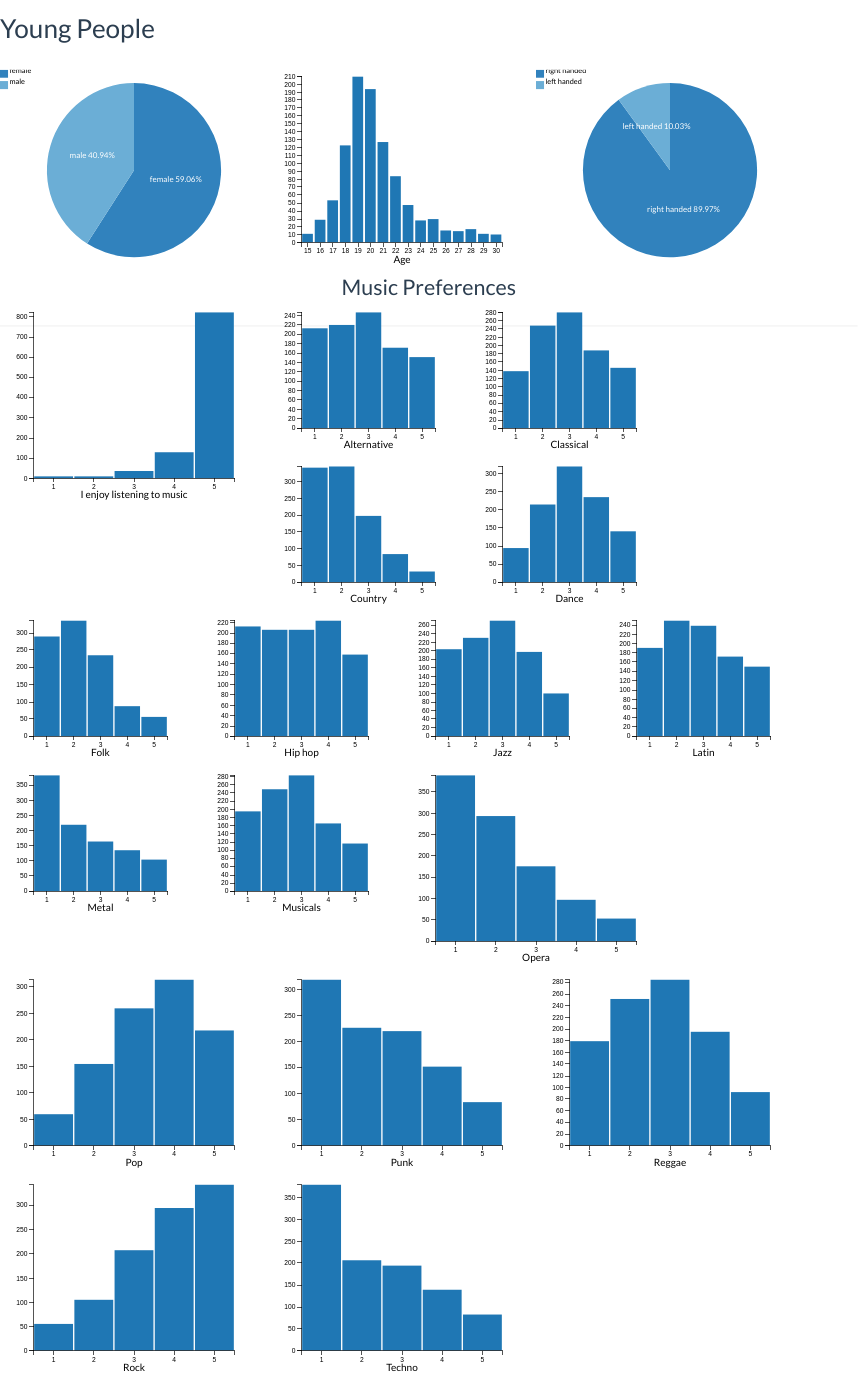
Repository: BrendanMolloy/milestone2
Page: index.html
The author's editor kept a record of every edit. The page is drawn from the files as they stood at one moment, then again after the next edit.
The browser window is 1280 px wide. The pictures show the whole page, at 67% of full size.

Above is the page before.

### index.html
<!DOCTYPE html>
<html lang="en">
<head>
    <meta charset="UTF-8">
    <meta name="viewport" content="width=device-width, initial-scale=1.0">
    <meta http-equiv="X-UA-Compatible" content="ie=edge">
    <title>Young People</title>

    <link rel="stylesheet" href="css/bootstrap.min.css" type="text/css" />
    <link rel="stylesheet" href="css/dc.min.css" type="text/css" />
    <link rel="stylesheet" href="css/style.css" type="text/css" />

    <script type="text/javascript" src="js/d3.min.js"></script>
    <script type="text/javascript" src="js/crossfilter.min.js"></script>
    <script type="text/javascript" src="js/dc.min.js"></script>
    <script type="text/javascript" src="js/queue.min.js"></script>
    <script type="text/javascript" src="js/graph.js"></script>
</head>
<body>
    <!-- navbar -->

    <!-- title and filters/demographics -->
    <h1>Young People</h1>
    <section class="section">
    <div id="gender-balance"></div>
    <div id="age"></div>
    <div id="handedness"></div>
    <div id="urban-rural"></div>


    <!-- music -->
    <div id="music">
        <h2>Music Preferences</h2>
        <div id="music-enjoyment"></div>
        <div id="alternative"></div>
        <div id="classical"></div>
        <div id="country"></div>
        <div id="dance"></div>
        <div id="folk"></div>
        <div id="hiphop"></div>
        <div id="jazz"></div>
        <div id="latin"></div>
        <div id="metal"></div>
        <div id="musicals"></div>
        <div id="opera"></div>
        <div id="pop"></div>
        <div id="punk"></div>
        <div id="reggae"></div>
        <div id="rock"></div>
        <div id="techno"></div>
    </div>

    <!-- movies -->

    <!-- interests -->

    <!-- fears -->

    <!-- health -->

    <!-- spending -->

</body>
</html>

### css/style.css
.section {
	text-align: center;
	border-bottom: 1px solid #e6e6e6;
	padding: 30px 0;
}

### js/graph.js
/* global queue */
/* global d3 */
/* global crossfilter */
/* global dc */

queue()
    .defer(d3.csv, "data/young-people.csv")
    .await(makeGraphs);

function makeGraphs(error, ypData){
    var ndx = crossfilter(ypData);

    // demographics //
    show_gender_balance(ndx);
    show_age_range(ndx);
    show_handedness(ndx);
    show_city_village(ndx);

    // music //
    show_enjoyment(ndx);
    show_alternative(ndx);
    show_classical(ndx);
    show_country(ndx);
    show_dance(ndx);
    show_folk(ndx);
    show_hiphop(ndx);
    show_jazz(ndx);
    show_latin(ndx);
    show_metal(ndx);
    show_musicals(ndx);
    show_opera(ndx);
    show_pop(ndx);
    show_punk(ndx);
    show_reggae(ndx);
    show_rock(ndx);
    show_techno(ndx);

    dc.renderAll();
}

function remove_empty_bins(source_group) { //eliminates empty or null values from the dataset, so graphs can render unimpeded//
    return {
        all:function () {
            return source_group.all().filter(function(d) {
                //return Math.abs(d.value) > 0.00001; // if using floating-point numbers
                return d.key !== ""; // if integers only
            });
        }
    };
}

//---------------------- Demographics Graphs ---------------------------------//

function show_gender_balance(ndx){
    var dim = ndx.dimension(dc.pluck('Gender'));
    var group = dim.group();
    var filtered_group = remove_empty_bins(group)

    dc.pieChart("#gender-balance")
        .width(400)
        .height(300)
        .externalRadiusPadding(20)
        .innerRadius(0)
        .dimension(dim)
        .group(filtered_group)
        .legend(dc.legend())
        .on('pretransition', function(chart) {
        chart.selectAll('text.pie-slice').text(function(d) {
            return d.data.key + ' ' + dc.utils.printSingleValue((d.endAngle - d.startAngle) / (2*Math.PI) * 100) + '%';
        })
    })
}

function show_age_range(ndx){
    var dim = ndx.dimension(dc.pluck('Age'));
    var group = dim.group();
    var filtered_group = remove_empty_bins(group)

    dc.barChart("#age")
        .width(400)
        .height(300)
        .margins({top:10, right:50, bottom:30, left:50})
        .dimension(dim)
        .group(filtered_group)
        .transitionDuration(500)
        .x(d3.scale.ordinal())
        .xUnits(dc.units.ordinal)
        .elasticY(true)
        .xAxisLabel("Age")
        .yAxis().ticks(20);
}

function show_handedness(ndx){
    var dim = ndx.dimension(dc.pluck('Left - right handed'));
    var group = dim.group();
    var filtered_group = remove_empty_bins(group)

    dc.pieChart("#handedness")
        .width(400)
        .height(300)
        .externalRadiusPadding(20)
        .innerRadius(0)
        .dimension(dim)
        .group(filtered_group)
        .legend(dc.legend())
        .on('pretransition', function(chart) {
        chart.selectAll('text.pie-slice').text(function(d) {
            return d.data.key + ' ' + dc.utils.printSingleValue((d.endAngle - d.startAngle) / (2*Math.PI) * 100) + '%';
        })
    })
}

function show_city_village(ndx){
    var dim = ndx.dimension(dc.pluck('Village - town'));
    var group = dim.group();
    var filtered_group = remove_empty_bins(group)

    dc.pieChart("#city-village")
        .width(400)
        .height(300)
        .externalRadiusPadding(20)
        .innerRadius(0)
        .dimension(dim)
        .group(filtered_group)
        .legend(dc.legend())
        .on('pretransition', function(chart) {
        chart.selectAll('text.pie-slice').text(function(d) {
            return d.data.key + ' ' + dc.utils.printSingleValue((d.endAngle - d.startAngle) / (2*Math.PI) * 100) + '%';
        })
    })
}

//---------------------------- Music Graphs ----------------------------------//

function show_enjoyment(ndx){
    var dim = ndx.dimension(dc.pluck('Music'));
    var group = dim.group();
    var filtered_group = remove_empty_bins(group)

    dc.barChart("#music-enjoyment")
        .width(400)
        .height(300)
        .margins({top:10, right:50, bottom:30, left:50})
        .dimension(dim)
        .group(filtered_group)
        .transitionDuration(500)
        .x(d3.scale.ordinal())
        .xUnits(dc.units.ordinal)
        .elasticY(true)
        .xAxisLabel("I enjoy listening to music")
        .yAxis().ticks(10);
}

function show_alternative(ndx){
    var dim = ndx.dimension(dc.pluck('Alternative'));
    var group = dim.group();
    var filtered_group = remove_empty_bins(group)

    dc.barChart("#alternative")
        .width(300)
        .height(225)
        .margins({top:10, right:50, bottom:30, left:50})
        .dimension(dim)
        .group(filtered_group)
        .transitionDuration(500)
        .x(d3.scale.ordinal())
        .xUnits(dc.units.ordinal)
        .elasticY(true)
        .xAxisLabel("Alternative")
        .yAxis().ticks(10);
}

function show_classical(ndx){
    var dim = ndx.dimension(dc.pluck('Classical music'));
    var group = dim.group();
    var filtered_group = remove_empty_bins(group)

    dc.barChart("#classical")
        .width(300)
        .height(225)
        .margins({top:10, right:50, bottom:30, left:50})
        .dimension(dim)
        .group(filtered_group)
        .transitionDuration(500)
        .x(d3.scale.ordinal())
        .xUnits(dc.units.ordinal)
        .elasticY(true)
        .xAxisLabel("Classical")
        .yAxis().ticks(10);
}

function show_country(ndx){
    var dim = ndx.dimension(dc.pluck('Country'));
    var group = dim.group();
    var filtered_group = remove_empty_bins(group)

    dc.barChart("#country")
        .width(300)
        .height(225)
        .margins({top:10, right:50, bottom:30, left:50})
        .dimension(dim)
        .group(filtered_group)
        .transitionDuration(500)
        .x(d3.scale.ordinal())
        .xUnits(dc.units.ordinal)
        .elasticY(true)
        .xAxisLabel("Country")
        .yAxis().ticks(10);
}

function show_dance(ndx){
    var dim = ndx.dimension(dc.pluck('Dance'));
    var group = dim.group();
    var filtered_group = remove_empty_bins(group)

    dc.barChart("#dance")
        .width(300)
        .height(225)
        .margins({top:10, right:50, bottom:30, left:50})
        .dimension(dim)
        .group(filtered_group)
        .transitionDuration(500)
        .x(d3.scale.ordinal())
        .xUnits(dc.units.ordinal)
        .elasticY(true)
        .xAxisLabel("Dance")
        .yAxis().ticks(10);
}

function show_folk(ndx){
    var dim = ndx.dimension(dc.pluck('Folk'));
    var group = dim.group();
    var filtered_group = remove_empty_bins(group)

    dc.barChart("#folk")
        .width(300)
        .height(225)
        .margins({top:10, right:50, bottom:30, left:50})
        .dimension(dim)
        .group(filtered_group)
        .transitionDuration(500)
        .x(d3.scale.ordinal())
        .xUnits(dc.units.ordinal)
        .elasticY(true)
        .xAxisLabel("Folk")
        .yAxis().ticks(10);
}

function show_hiphop(ndx){
    var dim = ndx.dimension(dc.pluck('Hiphop, Rap'));
    var group = dim.group();
    var filtered_group = remove_empty_bins(group)

    dc.barChart("#hiphop")
        .width(300)
        .height(225)
        .margins({top:10, right:50, bottom:30, left:50})
        .dimension(dim)
        .group(filtered_group)
        .transitionDuration(500)
        .x(d3.scale.ordinal())
        .xUnits(dc.units.ordinal)
        .elasticY(true)
        .xAxisLabel("Hip hop")
        .yAxis().ticks(10);
}

function show_jazz(ndx){
    var dim = ndx.dimension(dc.pluck('Swing, Jazz'));
    var group = dim.group();
    var filtered_group = remove_empty_bins(group)

    dc.barChart("#jazz")
        .width(300)
        .height(225)
        .margins({top:10, right:50, bottom:30, left:50})
        .dimension(dim)
        .group(filtered_group)
        .transitionDuration(500)
        .x(d3.scale.ordinal())
        .xUnits(dc.units.ordinal)
        .elasticY(true)
        .xAxisLabel("Jazz")
        .yAxis().ticks(10);
}

function show_latin(ndx){
    var dim = ndx.dimension(dc.pluck('Latino'));
    var group = dim.group();
    var filtered_group = remove_empty_bins(group)

    dc.barChart("#latin")
        .width(300)
        .height(225)
        .margins({top:10, right:50, bottom:30, left:50})
        .dimension(dim)
        .group(filtered_group)
        .transitionDuration(500)
        .x(d3.scale.ordinal())
        .xUnits(dc.units.ordinal)
        .elasticY(true)
        .xAxisLabel("Latin")
        .yAxis().ticks(10);
}

function show_metal(ndx){
    var dim = ndx.dimension(dc.pluck('Metal or Hardrock'));
    var group = dim.group();
    var filtered_group = remove_empty_bins(group)

    dc.barChart("#metal")
        .width(300)
        .height(225)
        .margins({top:10, right:50, bottom:30, left:50})
        .dimension(dim)
        .group(filtered_group)
        .transitionDuration(500)
        .x(d3.scale.ordinal())
        .xUnits(dc.units.ordinal)
        .elasticY(true)
        .xAxisLabel("Metal")
        .yAxis().ticks(10);
}

function show_musicals(ndx){
    var dim = ndx.dimension(dc.pluck('Musical'));
    var group = dim.group();
    var filtered_group = remove_empty_bins(group)

    dc.barChart("#musicals")
        .width(300)
        .height(225)
        .margins({top:10, right:50, bottom:30, left:50})
        .dimension(dim)
        .group(filtered_group)
        .transitionDuration(500)
        .x(d3.scale.ordinal())
        .xUnits(dc.units.ordinal)
        .elasticY(true)
        .xAxisLabel("Musicals")
        .yAxis().ticks(10);
}

function show_opera(ndx){
    var dim = ndx.dimension(dc.pluck('Opera'));
    var group = dim.group();
    var filtered_group = remove_empty_bins(group)

    dc.barChart("#opera")
        .width(400)
        .height(300)
        .margins({top:10, right:50, bottom:30, left:50})
        .dimension(dim)
        .group(filtered_group)
        .transitionDuration(500)
        .x(d3.scale.ordinal())
        .xUnits(dc.units.ordinal)
        .elasticY(true)
        .xAxisLabel("Opera")
        .yAxis().ticks(10);
}

function show_pop(ndx){
    var dim = ndx.dimension(dc.pluck('Pop'));
    var group = dim.group();
    var filtered_group = remove_empty_bins(group)

    dc.barChart("#pop")
        .width(400)
        .height(300)
        .margins({top:10, right:50, bottom:30, left:50})
        .dimension(dim)
        .group(filtered_group)
        .transitionDuration(500)
        .x(d3.scale.ordinal())
        .xUnits(dc.units.ordinal)
        .elasticY(true)
        .xAxisLabel("Pop")
        .yAxis().ticks(10);
}

function show_punk(ndx){
    var dim = ndx.dimension(dc.pluck('Punk'));
    var group = dim.group();
    var filtered_group = remove_empty_bins(group)

    dc.barChart("#punk")
        .width(400)
        .height(300)
        .margins({top:10, right:50, bottom:30, left:50})
        .dimension(dim)
        .group(filtered_group)
        .transitionDuration(500)
        .x(d3.scale.ordinal())
        .xUnits(dc.units.ordinal)
        .elasticY(true)
        .xAxisLabel("Punk")
        .yAxis().ticks(10);
}

function show_reggae(ndx){
    var dim = ndx.dimension(dc.pluck('Reggae, Ska'));
    var group = dim.group();
    var filtered_group = remove_empty_bins(group)

    dc.barChart("#reggae")
        .width(400)
        .height(300)
        .margins({top:10, right:50, bottom:30, left:50})
        .dimension(dim)
        .group(filtered_group)
        .transitionDuration(500)
        .x(d3.scale.ordinal())
        .xUnits(dc.units.ordinal)
        .elasticY(true)
        .xAxisLabel("Reggae")
        .yAxis().ticks(10);
}

function show_rock(ndx){
    var dim = ndx.dimension(dc.pluck('Rock'));
    var group = dim.group();
    var filtered_group = remove_empty_bins(group)

    dc.barChart("#rock")
        .width(400)
        .height(300)
        .margins({top:10, right:50, bottom:30, left:50})
        .dimension(dim)
        .group(filtered_group)
        .transitionDuration(500)
        .x(d3.scale.ordinal())
        .xUnits(dc.units.ordinal)
        .elasticY(true)
        .xAxisLabel("Rock")
        .yAxis().ticks(10);
}

function show_techno(ndx){
    var dim = ndx.dimension(dc.pluck('Techno, Trance'));
    var group = dim.group();
    var filtered_group = remove_empty_bins(group)

    dc.barChart("#techno")
        .width(400)
        .height(300)
        .margins({top:10, right:50, bottom:30, left:50})
        .dimension(dim)
        .group(filtered_group)
        .transitionDuration(500)
        .x(d3.scale.ordinal())
        .xUnits(dc.units.ordinal)
        .elasticY(true)
        .xAxisLabel("Techno")
        .yAxis().ticks(10);
}

Loaded but not shown: css/bootstrap.min.css (library); css/dc.min.css (library); js/d3.min.js (library); js/crossfilter.min.js (library); js/dc.min.js (library); js/queue.min.js (common file)

After the next edit:
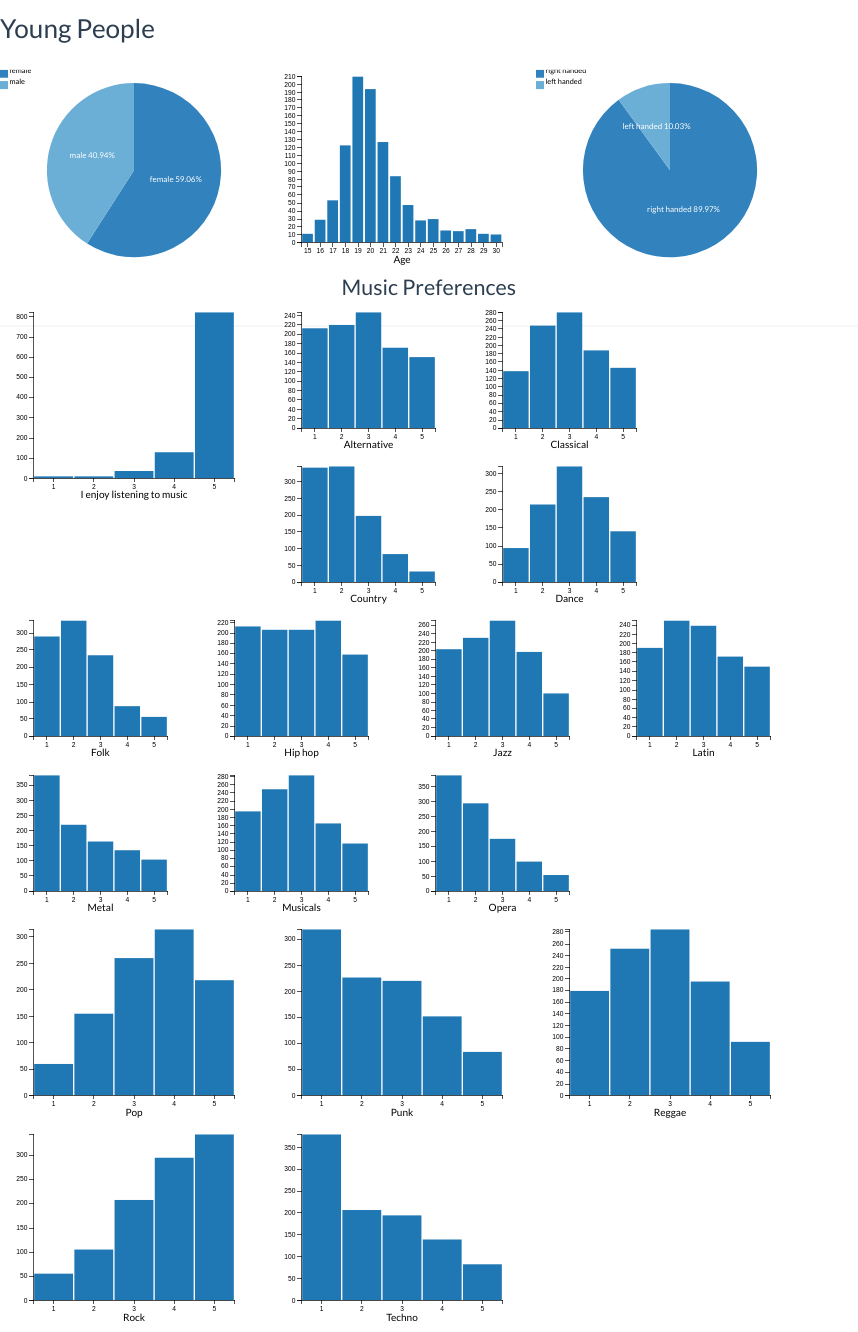
The edit:
--- a/js/graph.js
+++ b/js/graph.js
@@ -347,8 +347,8 @@
     var filtered_group = remove_empty_bins(group)
 
     dc.barChart("#opera")
-        .width(400)
-        .height(300)
+        .width(300)
+        .height(225)
         .margins({top:10, right:50, bottom:30, left:50})
         .dimension(dim)
         .group(filtered_group)
